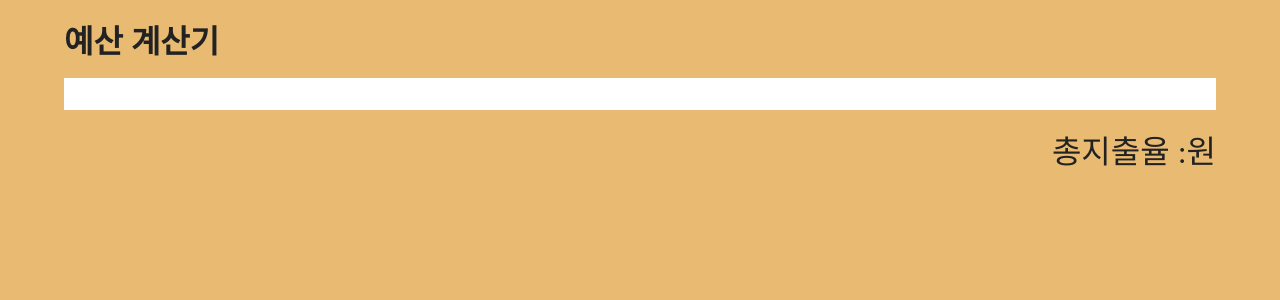
Repository: jongheonleee/budget_calculator
Page: /
An editor plug-in stored every save of this project. The page is shown before and after the next save, followed by the edit.
The browser window is 1280 px wide. The pictures show the whole page.
The project was rebuilt for these pictures with package versions that can differ from the ones it lists, and the page was loaded fresh each time.

Above is the page before, as saved 2025-02-07 20:17:49.

After the next save:
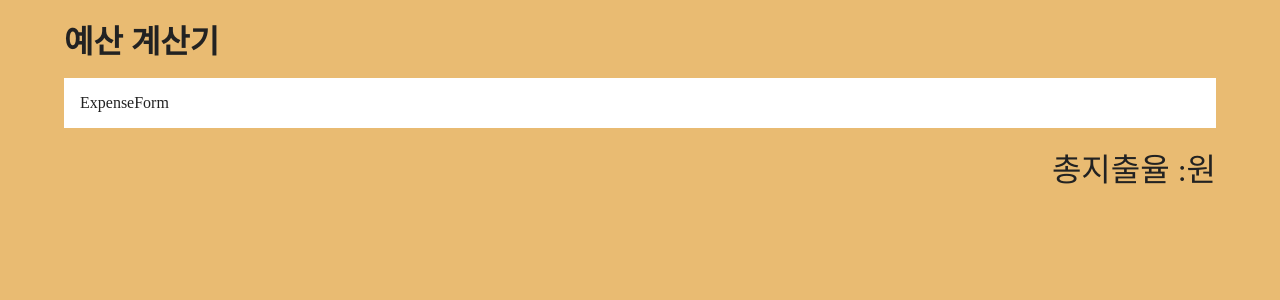
Saved 81 min 38 s later.
--- a/src/App.js
+++ b/src/App.js
@@ -1,5 +1,6 @@
 import { Component } from "react";
 import "./App.css";
+import ExpenseForm from "./components/ExpenseForm";
 
 
 class App extends Component {
@@ -10,7 +11,7 @@ class App extends Component {
         <h1>예산 계산기</h1>
 
         <div style={{ width:'100%', backgroundColor : 'white', padding: '1rem'}}>
-          { /* Expense List */ }
+          <ExpenseForm />
         </div>
 
         <div style={{ display : 'flex', justifyContent: 'end', marginTop: '1rem'}}>
